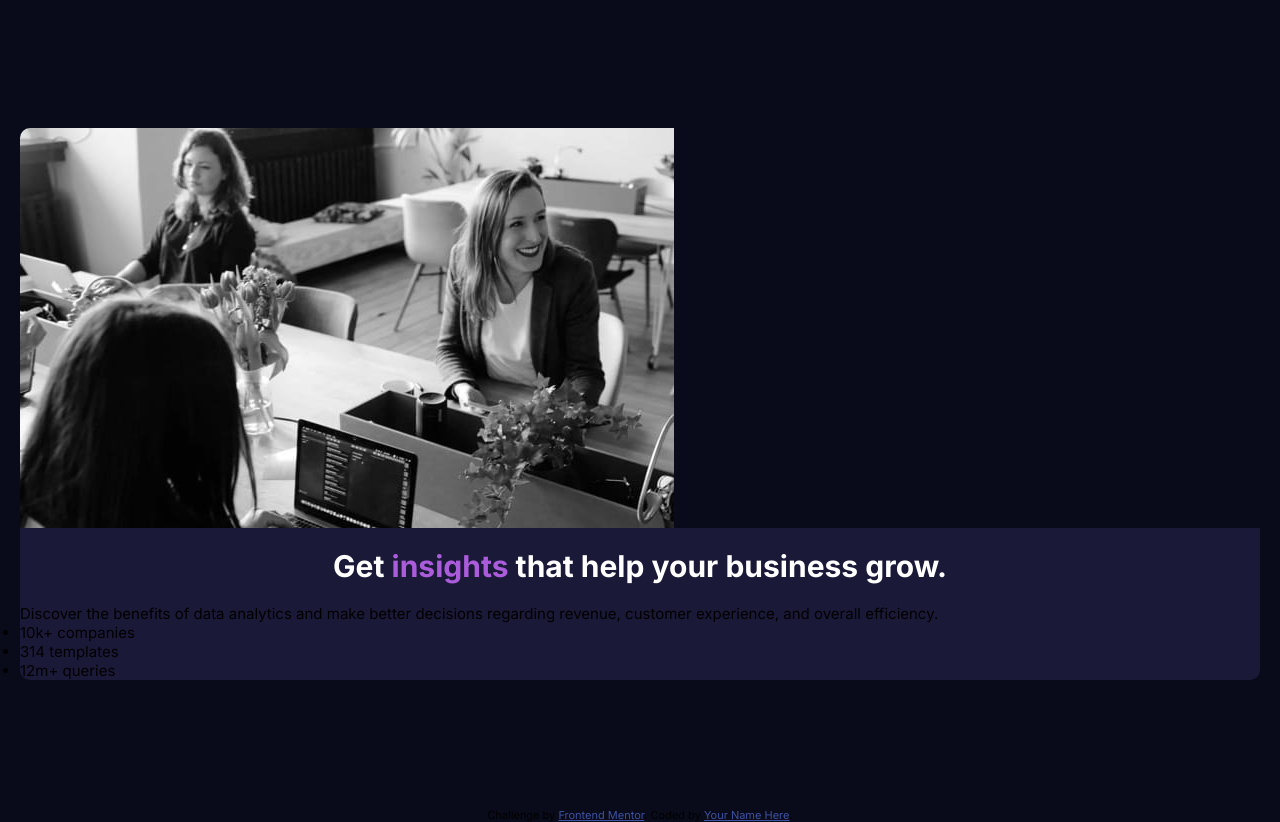
Repository: DejV44/stats-preview-card-component-main
Page: index.html
The author's editor kept a copy of each file at every save. The page is drawn from the files as they stood at one save, then again after the next save.
The browser window is 1280 px wide. The pictures show the whole page.
The style sheet was rebuilt from its Sass, Less or Tailwind sources for each picture, by a compiler version that may differ from the author's.

Above is the page before, as saved 2021-07-04 23:57:35.

### index.html
<!DOCTYPE html>
<html lang="en">
<head>
  <meta charset="UTF-8">
  <meta name="viewport" content="width=device-width, initial-scale=1.0"> <!-- displays site properly based on user's device -->

  <link rel="icon" type="image/png" sizes="32x32" href="./images/favicon-32x32.png">
  <link rel="stylesheet" href="/css/style.css">


  <title>Frontend Mentor | Stats preview card component</title>
</head>
<body>
  <div class="container">
    <div class="picture">
      <div class="overlay"></div>
    </div>
    <div class="card">
      <h1>Get <span>insights</span> that help your business grow.</h1>

      <p>Discover the benefits of data analytics and make better decisions regarding revenue, customer
      experience, and overall efficiency.</p>

      <ul>
        <li>10k+ companies</li>
        <li>314 templates</li>
        <li>12m+ queries</li>
      </ul>
    </div>
  </div>


  <div class="attribution">
    Challenge by <a href="https://www.frontendmentor.io?ref=challenge" target="_blank">Frontend Mentor</a>.
    Coded by <a href="#">Your Name Here</a>.
  </div>
</body>
</html>

### css/style.scss
$mainBackground: hsl(233, 47%, 7%);
$cardBackground: hsl(244, 38%, 16%);
$accent: hsl(277, 64%, 61%);

$mainHeading: hsl(0, 0%, 100%);
$mainParagraph: hsla(0, 0%, 100%, 0.75);
$statHeadings: hsla(0, 0%, 100%, 0.6);

@import url("https://fonts.googleapis.com/css2?family=Inter:wght@400;700&display=swap");

@import url("https://fonts.googleapis.com/css2?family=Lexend+Deca&display=swap");

* {
  margin: 0;
  padding: 0;
  box-sizing: border-box;
}

body {
  font-family: "Inter", sans-serif;
  font-size: 15px;
  background-color: $mainBackground;

  .container {
    margin: 10% 20px;
    border-radius: 10px;
    .picture {
      border-radius: 10px 10px 0 0;
      background: url("/images/image-header-mobile.jpg") no-repeat, center/cover;
      height: 400px;
    }

    .card {
        border-radius: 0 0 10px 10px;
        background: $cardBackground;
        h1 {
            padding: 20px 15px;
            color: $mainHeading;
            text-align: center;
            span {
                color: $accent;
            }
        }
    }
  }

  .attribution {
    font-size: 11px;
    text-align: center;

    a {
      color: hsl(228, 45%, 44%);
    }
  }
}

After the next save:
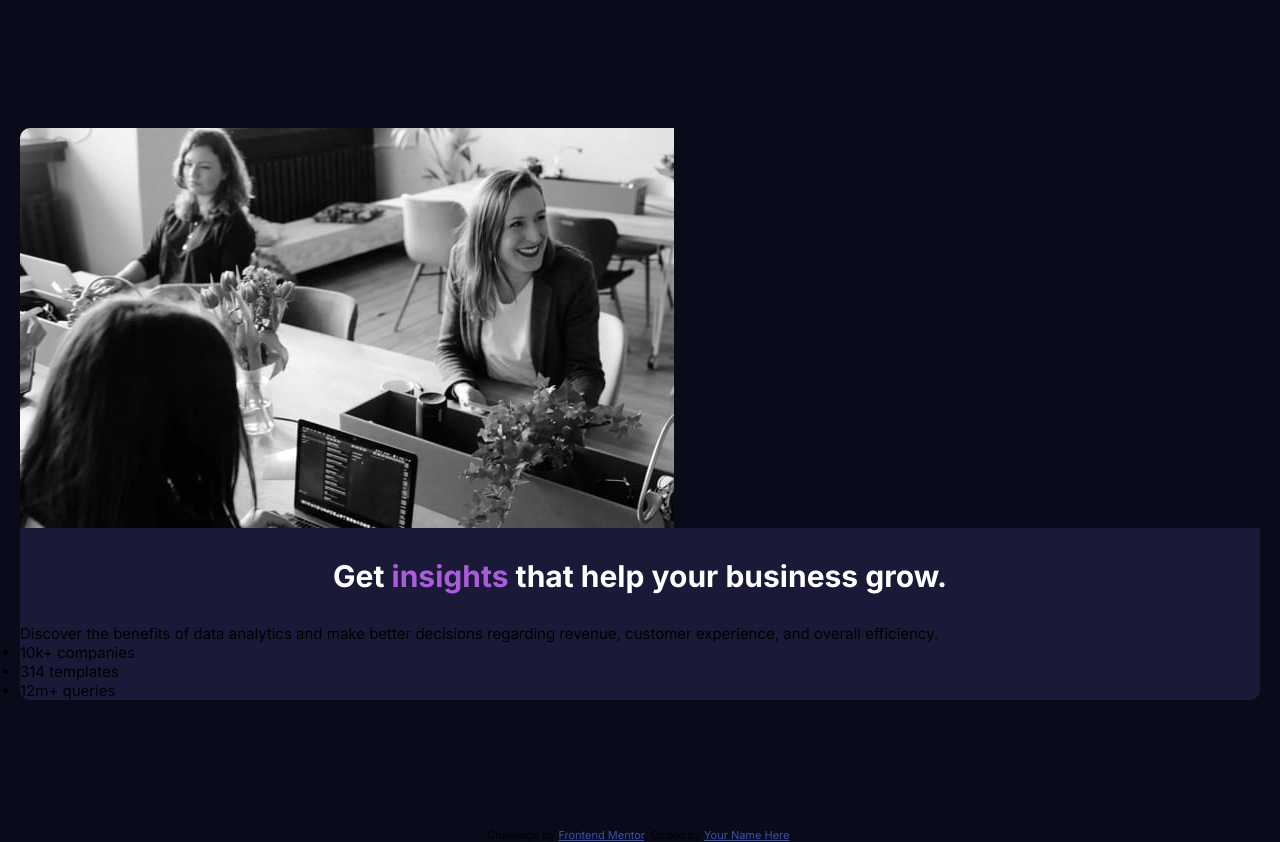
Saved 9 s later.
--- a/css/style.scss
+++ b/css/style.scss
@@ -34,7 +34,7 @@ body {
         border-radius: 0 0 10px 10px;
         background: $cardBackground;
         h1 {
-            padding: 20px 15px;
+            padding: 30px 15px;
             color: $mainHeading;
             text-align: center;
             span {
